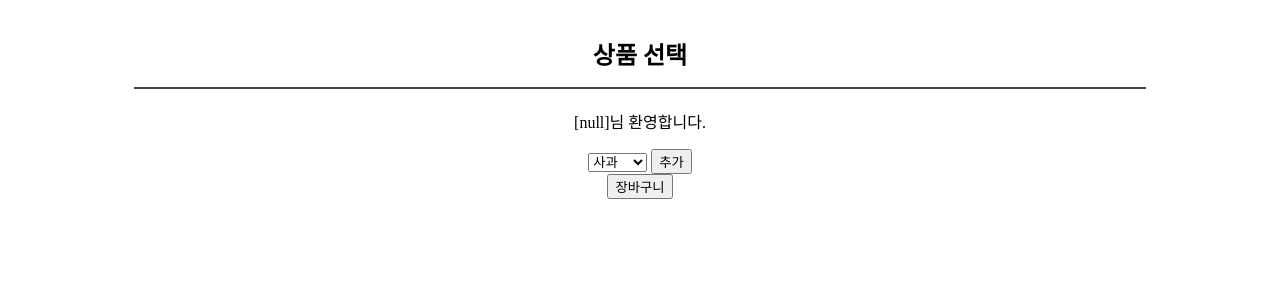
Repository: taiseidesu97/space_jspworks
Page: http://localhost/jweb0/cart/selProduct.jsp
These files come from the project's save history. The page is drawn as it stood at one moment and after the next save; the edit follows.
The browser window is 1280 px wide. The pictures show the whole page.
The page is served by Tomcat 10. Other server files are loaded and not shown.

Above is the page before, as saved 2025-10-13 04:02:40.

### jweb0/src/main/webapp/cart/selProduct.jsp
<%@ page language="java" contentType="text/html; charset=UTF-8"
    pageEncoding="UTF-8"%>
<!DOCTYPE html>
<html>
<head>
<meta charset="UTF-8">
<title>로그인 폼</title>
<style>
	#container{width: 80%; margin: 0 auto; text-align: center;}
	h2{border-bottom: 2px solid #444; padding: 16px}
</style>
</head>
<%
//입력된 이름 받아오기
String name = request.getParameter("username");
//out.println(name);
//세션 발급
session.setAttribute("sessionName", name);
%>
<body>
<section id="container">
<h2>상품 선택</h2>
<p>[<%=session.getAttribute("sessionName") %>]</b>님 환영합니다.</p>
<form action="addProduct.jsp" method="post">
<select name = "product">
<option value="사과">사과</option>
<option value="바나나">바나나</option>
<option value="포도">포도</option>
</select>
<button type="submit">추가</button>
</form>
<button onclick="location.href='cart.jsp'">장바구니</button>
</section>

</body>
</html>

After the next save:
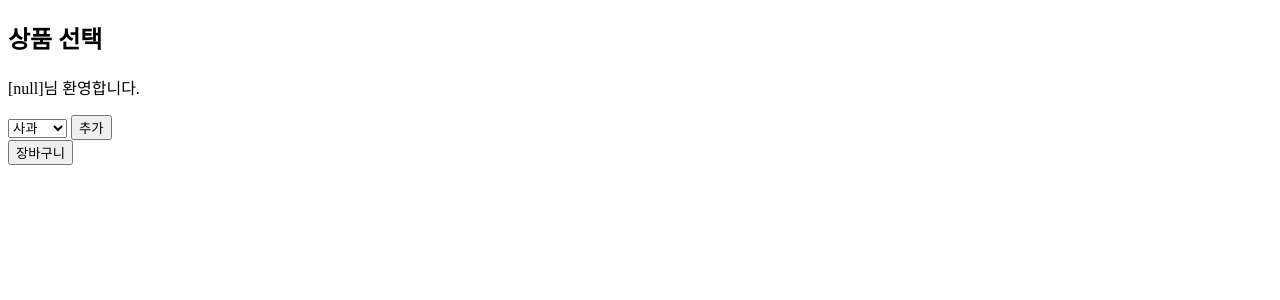
Saved 38 s later.
--- a/jweb0/src/main/webapp/cart/selProduct.jsp
+++ b/jweb0/src/main/webapp/cart/selProduct.jsp
@@ -5,10 +5,7 @@
 <head>
 <meta charset="UTF-8">
 <title>로그인 폼</title>
-<style>
-	#container{width: 80%; margin: 0 auto; text-align: center;}
-	h2{border-bottom: 2px solid #444; padding: 16px}
-</style>
+<link rel="stylesheet herf="../resources/css/style.css">
 </head>
 <%
 //입력된 이름 받아오기
